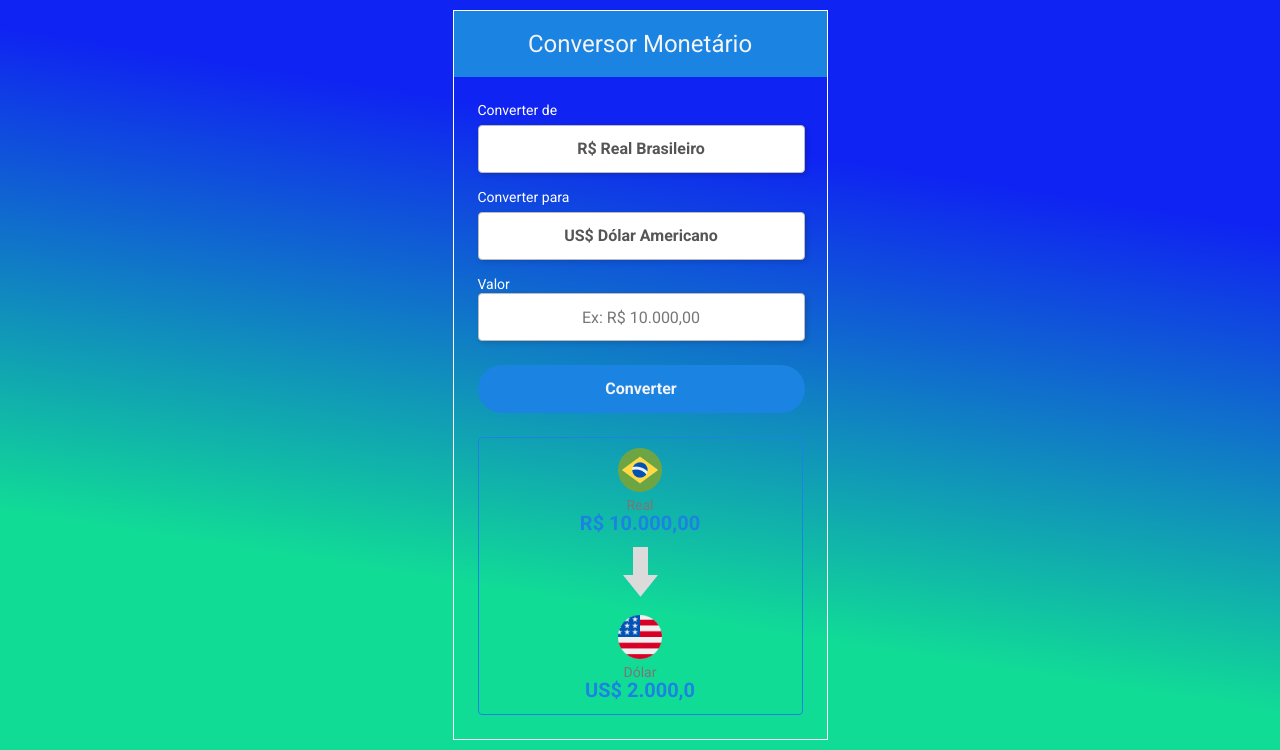
Repository: isayrous/coin-converter
Page: index.html
The author's editor kept a copy of each file at every save. The page is drawn from the files as they stood at one save, then again after the next save.
The browser window is 1280 px wide. The pictures show the whole page.

Above is the page before, as saved 2022-11-02 23:51:47.

After the next save:
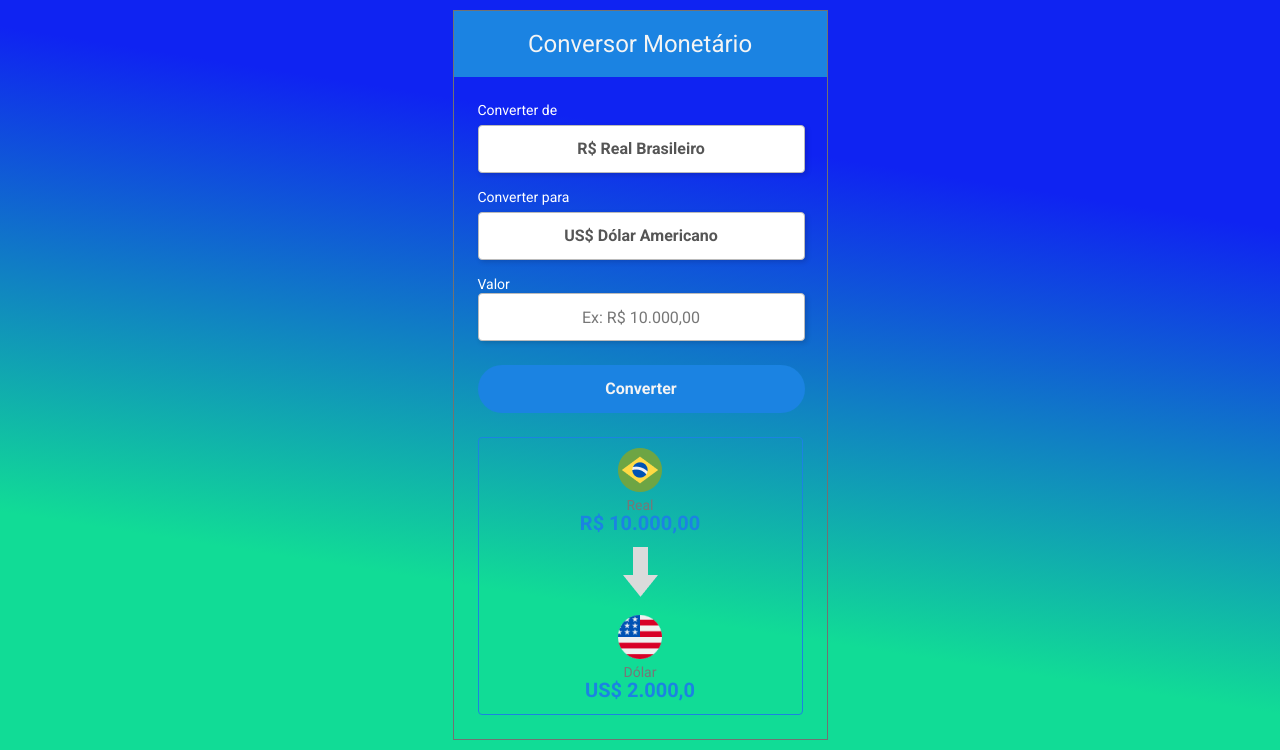
Saved 13 s later.
--- a/style.css
+++ b/style.css
@@ -21,7 +21,7 @@ body{
     height: 100%;
     width: 375px;
     background: transparent;
-    border: 1px solid #fff;
+    border: 1px solid #727272;
 }
 
 header {
